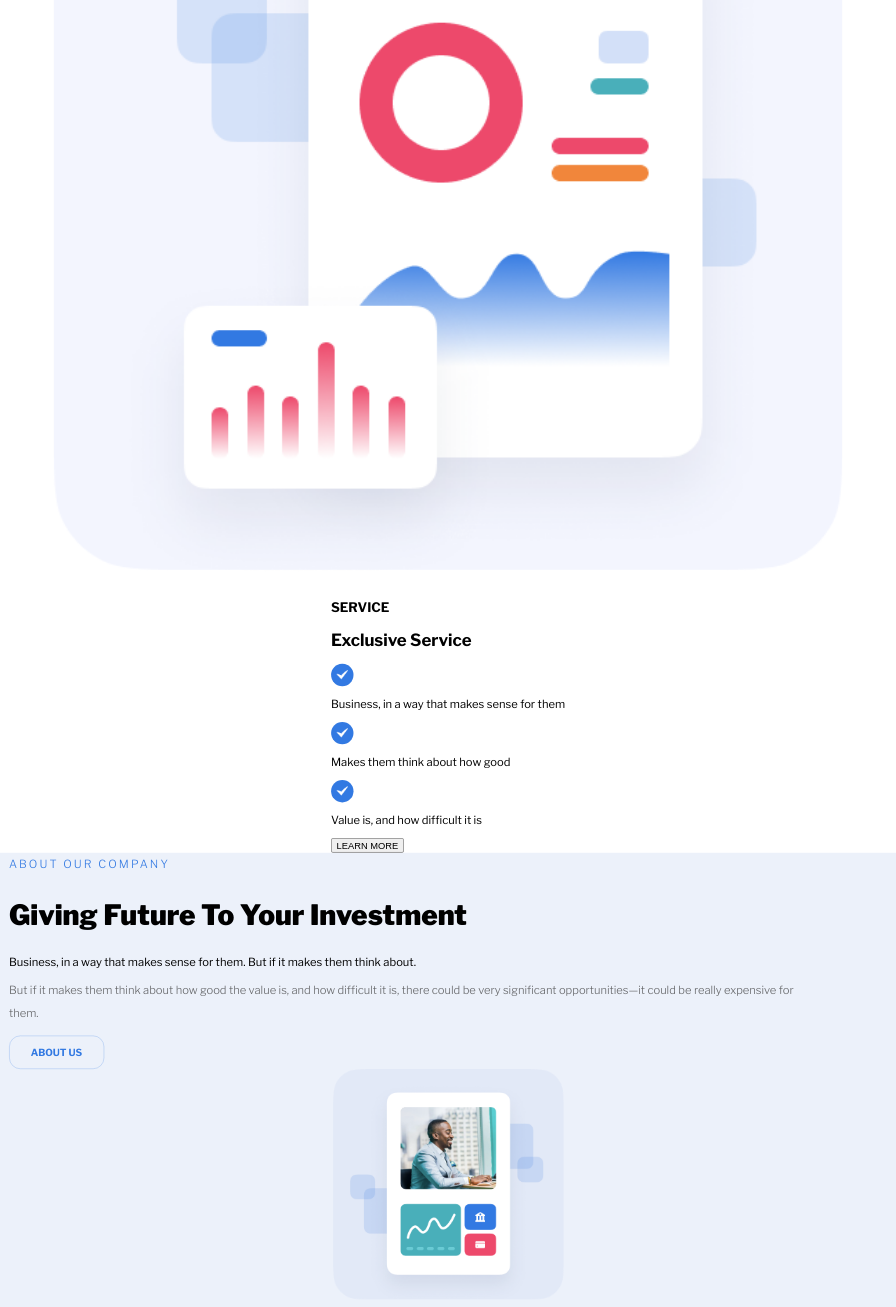
Repository: adryelfelipe/frontend-prova
Page: prova-figma/Prova/index.html
The author's editor kept a copy of each file at every save. The page is drawn from the files as they stood at one save, then again after the next save.
The browser window is 1280 px wide. The pictures show the part of the page from y = 1956 to 3876 px (the page is 3823 px tall before and 3876 px after), at 70% of full size.

Above is the page before, as saved 2026-06-22 19:19:06.

After the next save:
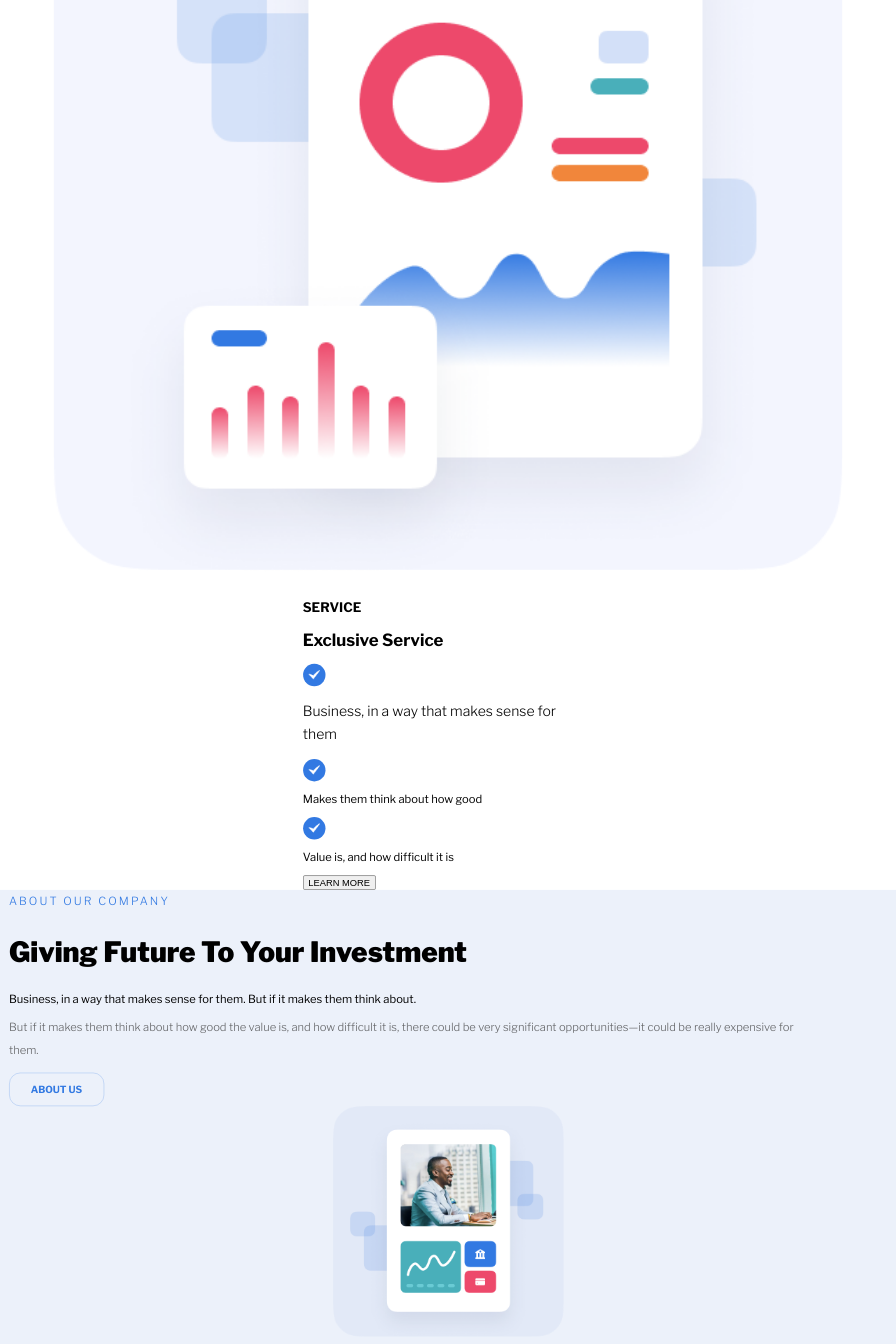
Saved 1 s later.
--- a/prova-figma/Prova/index.html
+++ b/prova-figma/Prova/index.html
@@ -81,7 +81,7 @@
                         <img src="./assets/icon/correct-icon-section2.png" class="icon-correct" alt="">
                     </div>
 
-                    <p>Business, in a way that makes sense for them</p>
+                    <p class="paragraph-base">Business, in a way that makes sense for them</p>
                 </div>
 
                 <div>
